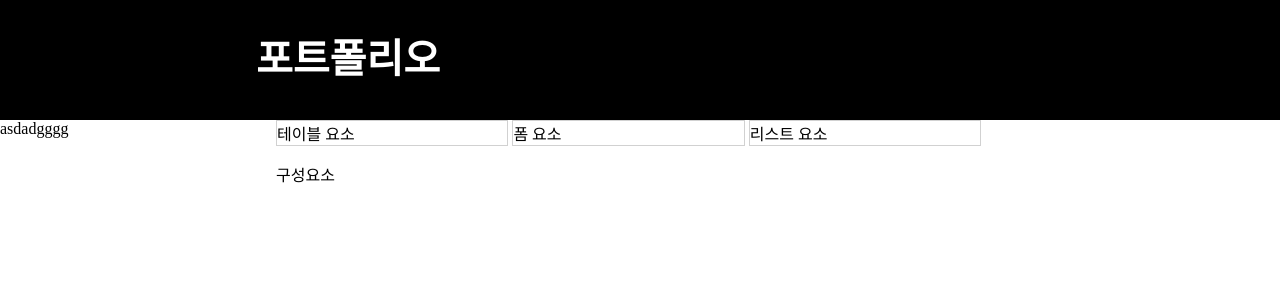
Repository: ItChoi/CSS-Study
Page: Css/WebContent/html/boostcourse/project-A1/portfolio.html
These files come from the project's save history. The page is drawn as it stood at one moment and after the next save; the edit follows.
The browser window is 1280 px wide. The pictures show the whole page.

Above is the page before, as saved 2019-06-18 10:20:54.

### Css/WebContent/html/boostcourse/project-A1/portfolio.html
<!DOCTYPE html>
<html>
<head>
	<link href="../../../css/boostcourse/project-A1/portfolio.css" rel="stylesheet" type="text/css">

</head>
<body>
	<div class="wrap">

		<div class="header">

		</div>

		<div class="content">

			<div class="con_header">
				<p class="title">포트폴리오</p>
			</div>

			<div class="con_content">

				<div class="button_list">
					<ul>
						<li class="button_elements">테이블 요소</li>
						<li class="button_elements">폼 요소</li>
						<li class="button_elements">리스트 요소</li>
					</ul>
				</div>

				<div class="element">
					<p class="">구성요소</p>


				</div>

			</div>

		</div>

		<div class="footer">
		asdadgggg
		</div>


	</div>

</body>
</html>

### Css/WebContent/css/boostcourse/project-A1/portfolio.css
html, body, .wrap {
	margin: 0px;
	padding: 0px;
}

.header {
	width: 100%;
	height: 120px;
	background: #000;

	position: relative;
}

.content {
	position: absolute;
	top: 0;
	left: 20%;
	right: 20%;
}

.con_header {
	height: 120px;
}

.title {
	margin: 0px;
	color: #fff;
	font-size: 40px;
	font-weight: bold;
	line-height: 120px;
}

.con_content {
	width: 100%;
	padding-left: 20px;
	padding-right: 20px;
}

ul {
	margin: 0px;
	padding: 0px;
	list-style: none;
}

.button_elements {
	display: inline-block;
	border:  1px solid #d1d1d1;
	width: 30%;
}

.button_elements:HOVER {
	background-color: #454545;
	font-weight: bold;
}

.element_title {
	font-size: 20px;
	color: #000;
	font-weight: bold;
}

After the next save:
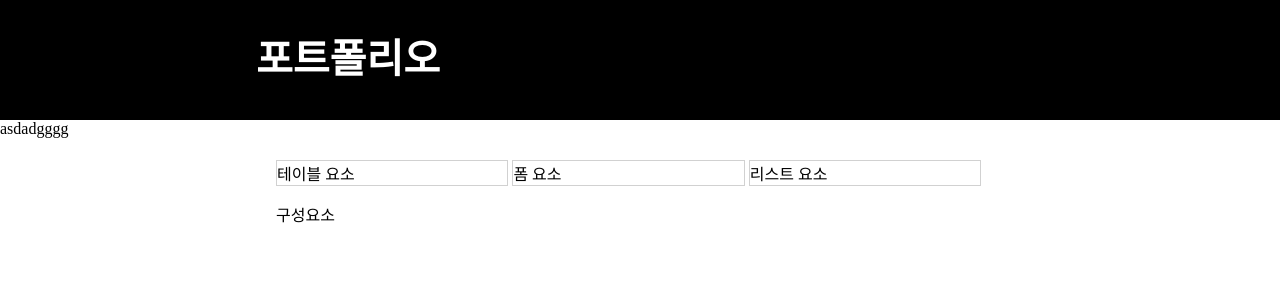
Saved 10 s later.
--- a/Css/WebContent/css/boostcourse/project-A1/portfolio.css
+++ b/Css/WebContent/css/boostcourse/project-A1/portfolio.css
@@ -39,6 +39,7 @@ html, body, .wrap {
 ul {
 	margin: 0px;
 	padding: 0px;
+	margin-top: 40px;
 	list-style: none;
 }
 
